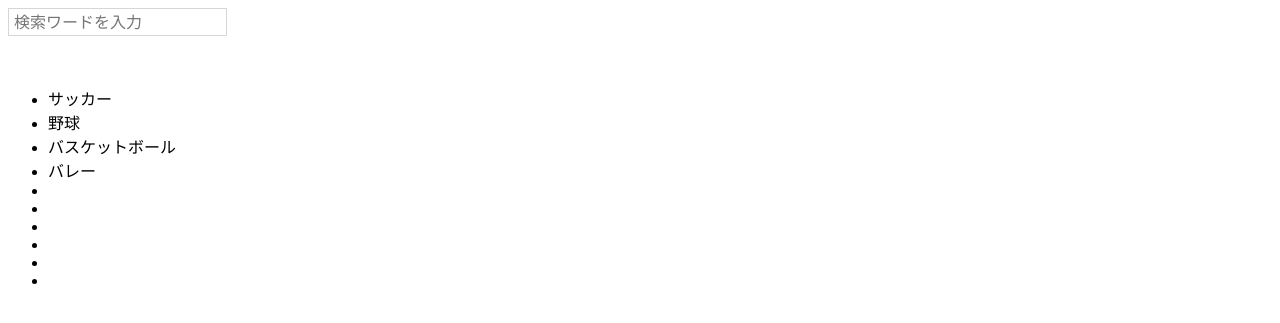
Repository: 92hisa/js-realtimeFilter
Page: index.html
The author's editor kept a record of every edit. The page is drawn from the files as they stood at one moment, then again after the next edit.
The browser window is 1280 px wide. The pictures show the whole page.

Above is the page before.

After the next edit:
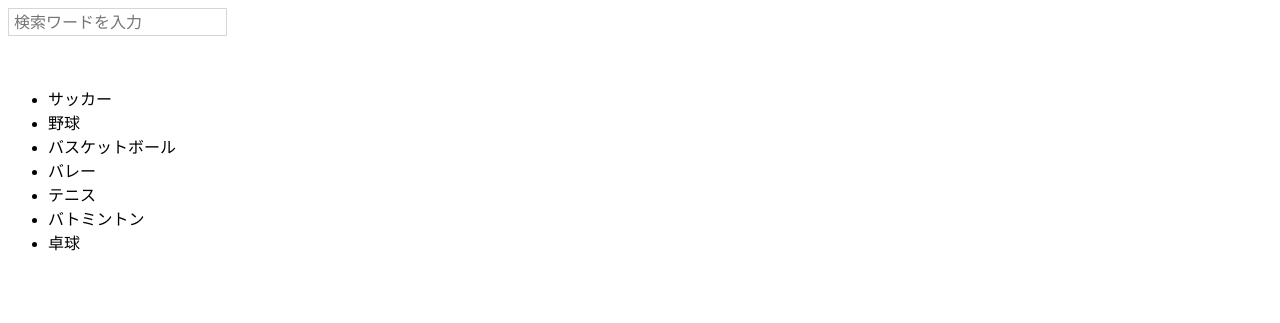
The edit:
--- a/index.html
+++ b/index.html
@@ -23,12 +23,9 @@
       <li>野球</li>
       <li>バスケットボール</li>
       <li>バレー</li>
-      <li></li>
-      <li></li>
-      <li></li>
-      <li></li>
-      <li></li>
-      <li></li>
+      <li>テニス</li>
+      <li>バトミントン</li>
+      <li>卓球</li>
     </ul>
 
 <script src="https://ajax.googleapis.com/ajax/libs/jquery/3.5.1/jquery.min.js"></script>
